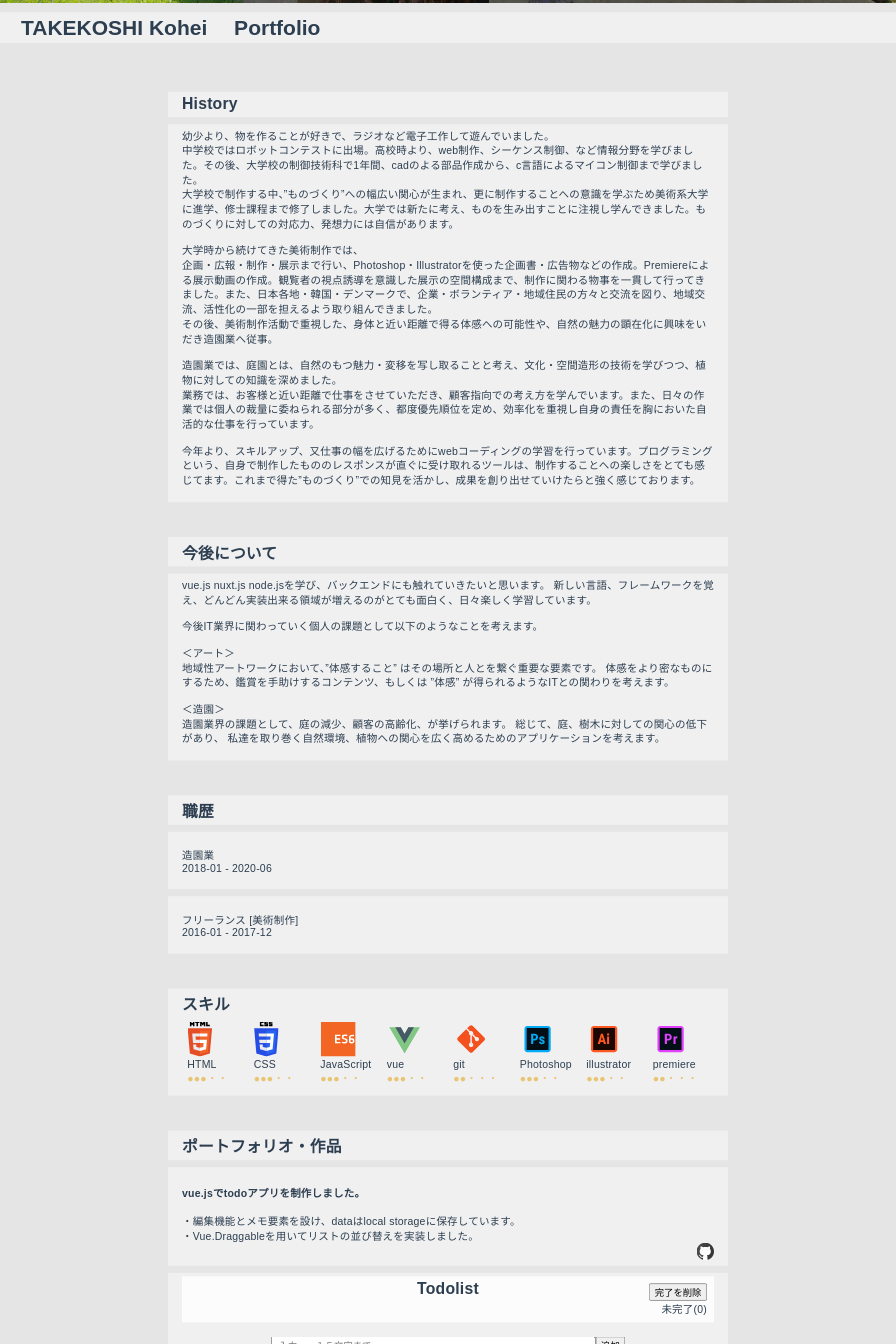
Repository: takeco/my-portfolio
Page: /
These files come from the project's save history. The page is drawn as it stood at one moment and after the next save; the edit follows.
The browser window is 1280 px wide. The pictures show the part of the page from y = 395 to 2315 px (the page is 3848 px tall before and 3827 px after), at 70% of full size.
The project was rebuilt for these pictures with package versions that can differ from the ones it lists, and the page was loaded fresh each time.

Above is the page before, as saved 2020-08-25 16:41:40.

### public/index.html
<!DOCTYPE html>
<html lang="jp">
  <head>
    <meta charset="utf-8" />
    <meta http-equiv="X-UA-Compatible" content="IE=edge" />
    <meta name="viewport" content="width=device-width,initial-scale=1.0" />
    <meta name="robots" content="noindex" />
    <link rel="icon" href="<%= BASE_URL %>favicon.ico" />
    <title><%= htmlWebpackPlugin.options.title %></title>
  </head>
  <body>
    <noscript>
      <strong
        >We're sorry but <%= htmlWebpackPlugin.options.title %> doesn't work
        properly without JavaScript enabled. Please enable it to
        continue.</strong
      >
    </noscript>
    <div id="app"></div>

    <!-- built files will be auto injected -->
  </body>
  <style></style>
</html>

### src/App.vue
<template>
  <div :class="$style.app">
    <MainContents></MainContents>
  </div>
</template>

<script>
import MainContents from "./components/MainContents";

export default {
  name: "App",
  components: {
    MainContents
  }
};
</script>

<style module>
.app {
  font-family: "游ゴシック体", YuGothic, "游ゴシック Medium", "Yu Gothic Medium",
    "游ゴシック", "Yu Gothic", "メイリオ", sans-serif;
  -webkit-font-smoothing: antialiased;
  -moz-osx-font-smoothing: grayscale;
  color: #2c3e50;
  background-color: #e5e5e5;
}
</style>

### src/components/MainContents.vue
<template>
  <div :class="$style.body">
    <nav>
      <!-- <ul>
        <li>
          <p>home</p>
        </li>
        <li>
          <p>History</p>
        </li>
        <li>
          <p></p>
        </li>
        <li>
          <p></p>
        </li>
        <li>
          <p></p>
        </li>
      </ul>-->
    </nav>
    <div>
      <img src="../../public/img/nirasaki-12.jpg" alt="artWorkPhoto" />
      <h1>
        <span>TAKEKOSHI Kohei</span>
        Portfolio
      </h1>
    </div>
    <section>
      <ul>
        <li>
          <h2>History</h2>
          <p>
            幼少より、物を作ることが好きで、ラジオなど電子工作して遊んでいました。
            <br />中学校ではロボットコンテストに出場。高校時より、web制作、シーケンス制御、など情報分野を学びました。その後、大学校の制御技術科で1年間、cadのよる部品作成から、c言語によるマイコン制御まで学びました。
            <br />大学校で制作する中、”ものづくり”への幅広い関心が生まれ、更に制作することへの意識を学ぶため美術系大学に進学、修士課程まで修了しました。大学では新たに考え、ものを生み出すことに注視し学んできました。ものづくりに対しての対応力、発想力には自信があります。
            <br />
            <br />大学時から続けてきた美術制作では、
            <br />企画・広報・制作・展示まで行い、Photoshop・Illustratorを使った企画書・広告物などの作成。Premiereによる展示動画の作成。観覧者の視点誘導を意識した展示の空間構成まで、制作に関わる物事を一貫して行ってきました。また、日本各地・韓国・デンマークで、企業・ボランティア・地域住民の方々と交流を図り、地域交流、活性化の一部を担えるよう取り組んできました。
            <br />その後、美術制作活動で重視した、身体と近い距離で得る体感への可能性や、自然の魅力の顕在化に興味をいだき造園業へ従事。
            <br />
            <br />造園業では、庭園とは、自然のもつ魅力・変移を写し取ることと考え、文化・空間造形の技術を学びつつ、植物に対しての知識を深めました。
            <br />業務では、お客様と近い距離で仕事をさせていただき、顧客指向での考え方を学んでいます。また、日々の作業では個人の裁量に委ねられる部分が多く、都度優先順位を定め、効率化を重視し自身の責任を胸においた自活的な仕事を行っています。
            <br />
            <br />今年より、スキルアップ、又仕事の幅を広げるためにwebコーディングの学習を行っています。プログラミングという、自身で制作したもののレスポンスが直ぐに受け取れるツールは、制作することへの楽しさをとても感じてます。これまで得た”ものづくり”での知見を活かし、成果を創り出せていけたらと強く感じております。
            <br />
            <br />
          </p>
        </li>

        <li>
          <h2>今後について</h2>
          <p>
            vue.js nuxt.js
            node.jsを学び、バックエンドにも触れていきたいと思います。
            新しい言語、フレームワークを覚え、どんどん実装出来る領域が増えるのがとても面白く、日々楽しく学習しています。
            <br />
            <br />今後IT業界に関わっていく個人の課題として以下のようなことを考えます。
            <br />
            <br />＜アート＞
            <br />地域性アートワークにおいて、”体感すること”
            はその場所と人とを繋ぐ重要な要素です。
            体感をより密なものにするため、鑑賞を手助けするコンテンツ、もしくは
            ”体感” が得られるようなITとの関わりを考えます。
            <br />
            <br />＜造園＞
            <br />造園業界の課題として、庭の減少、顧客の高齢化、が挙げられます。
            総じて、庭、樹木に対しての関心の低下があり、
            私達を取り巻く自然環境、植物への関心を広く高めるためのアプリケーションを考えます。
            <br />
            <br />
          </p>
        </li>
        <li>
          <h2>職歴</h2>
          <p>
            <br />造園業
            <br />2018-01 - 2020-06
            <br />
            <br />
          </p>
          <p>
            <br />フリーランス [美術制作]
            <br />2016-01 - 2017-12
            <br />
            <br />
          </p>
        </li>
        <li>
          <div>
            <h2>スキル</h2>
            <ul>
              <li>
                <img src="../../public/img/html5.svg" alt />
                <p>HTML</p>
                <p>●●●・・</p>
              </li>
              <li>
                <img src="../../public/img/css3.svg" alt />
                <p>CSS</p>
                <p>●●●・・</p>
              </li>
              <li>
                <img src="../../public/img/es6.svg" alt />
                <p>JavaScript</p>
                <p>●●●・・</p>
              </li>
              <li>
                <img src="../../public/img/vue.svg" alt />
                <p>vue</p>
                <p>●●●・・</p>
              </li>
              <li>
                <img src="../../public/img/git.svg" alt />
                <p>git</p>
                <p>●●・・・</p>
              </li>
              <li>
                <img src="../../public/img/Photoshop.svg" alt />
                <p>Photoshop</p>
                <p>●●●・・</p>
              </li>
              <li>
                <img src="../../public/img/illustrator.svg" alt />
                <p>illustrator</p>
                <p>●●●・・</p>
              </li>
              <li>
                <img src="../../public/img/premiere.svg" alt />
                <p>premiere</p>
                <p>●●・・・</p>
              </li>
            </ul>
          </div>
        </li>
        <li>
          <h2>ポートフォリオ・作品</h2>
          <div>
            <h4>vue.jsでtodoアプリを制作しました。</h4>
            <p>
              ・編集機能とメモ要素を設け、dataはlocal
              storageに保存しています。
              <br />・Vue.Draggableを用いてリストの並び替えを実装しました。
            </p>
            <p>
              <a href="https://github.com/takeco/my-portfolio/tree/todolist" target="blank">
                <img src="../../public/img/github.svg" alt />
              </a>
            </p>
          </div>
          <TodoList></TodoList>
          <div>
            <h3>JavaScriptでtodoアプリを制作しました。</h3>
            <p>・ゴミ箱フォルダを実装し、サイドボタンで画面が切り替わるようにしています。</p>
            <ul>
              <li>
                <img src="../../public/img/jstodoapp1.png" alt />
              </li>
              <li>
                <img src="../../public/img/jstodoapp2.png" alt />
              </li>
            </ul>
            <p>
              <a href="https://takeco.github.io/js-todoApplication/" target="blank">サイトリンク</a>
              <a href="https://github.com/takeco/js-todoApplication" target="blank">
                <img src="../../public/img/github.svg" alt />
              </a>
            </p>
          </div>
          <div>
            <h3>サイト模写</h3>
            <p>html css を用いてWordPressデモサイトの模写を行いました。</p>
            <ul>
              <li>
                <img src="../../public/img/trace1.jpg" alt />
              </li>
              <li>
                <img src="../../public/img/trace2.jpg" alt />
              </li>
            </ul>
            <p>
              <a href="https://takeco.github.io/trace-site/" target="blank">トレース元</a>
              <a href="https://github.com/takeco/trace-site" target="blank">
                <img src="../../public/img/github.svg" alt />
              </a>
            </p>
          </div>
          <div>
            <h3>art work</h3>
            <ul>
              <li>
                <a href="https://takecocc.work/work/ube/" target="blank">
                  <img src="../../public/img/tree_of_ube_1_Copyright_Nobuo_Shimose.jpg" alt />
                  <p>宇部の木 tree of ube</p>
                </a>
                <p>in UBE Biennale</p>
              </li>
              <li>
                <a href="https://takecocc.work/work/shodoshima/" target="blank">
                  <img src="../../public/img/tree_of_shodosima_Copyright_Chukyo_Ozawa_-7.jpg" alt />
                  <p>小豆島の木 tree of shodosima</p>
                </a>
                <p>in Setouchi Triennale</p>
              </li>
              <li>
                <a href="https://takecocc.work/work/odense/" target="blank">
                  <img src="../../public/img/odense_tree-17.jpg" alt />
                  <p>Odense tree Underground sea</p>
                </a>
                <p>in Gæsteatelier Hollufgård</p>
              </li>
              <li>
                <a href="https://takecocc.work/work/nirasaki/ " target="blank">
                  <img src="../../public/img/nirasaki-12.jpg" alt />
                  <p>韮崎の木 Tree of Nirasaki</p>
                </a>
              </li>
            </ul>
            <p>
              <br />art workのportfoliosite
              <a
                href="https://takecocc.work/"
                target="blank"
              >https://takecocc.work/</a>
            </p>
          </div>
        </li>
      </ul>
    </section>
  </div>
</template>

<script>
import TodoList from "./TodoList";

export default {
  name: "App",
  components: {
    TodoList,
  },
};
</script>

<style module>
body,
ul,
li,
p,
span,
div,
h1,
h2,
h3 {
  padding: 0;
  margin: 0;
}
.body {
  width: 100%;
  font-size: 15px;
}
.body a {
  color: #000;
}
.body > div > img {
  width: 100%;
  height: 400px;
  object-fit: cover;
}
.body > div > h1 > span {
  padding: 0 30px 0 10px;
}

.body > section > ul {
  max-width: 800px;
  margin: 0 auto;
  list-style: none;
  word-wrap: break-word;
  padding: 10px;
}
.body > section > ul > li {
  letter-spacing: 0.02em;
  margin: 50px auto;
}
.body > section > ul > li > h2,
.body > section > ul > li > p,
.body > section > ul > li > ul,
.body > section > ul > li > div,
.body > div > h1 {
  background-color: #f0f0f0;
  padding: 5px 20px;
  margin: 10px 0;
}
.body > section > ul > li > div > ul {
  display: flex;
  flex-flow: row wrap;
  justify-content: space-around;
  align-items: flex-start;
  list-style: none;
  margin: 10px 0;
}
.body > section > ul > li:nth-of-type(4) > div > ul > li > p {
  width: 80px;
}
.body > section > ul > li:nth-of-type(4) > div > ul > li > p:nth-of-type(2) {
  color: #e8c473;
}
.body > section > ul > li:nth-of-type(4) > div > ul > li > img {
  height: 50px;
}
.body > section > ul > li > div > p > a {
  padding-left: 20px;
}
.body > section > ul > li:nth-of-type(5) > div > ul > li > img {
  width: 320px;
  height: 230px;
  margin: 10px 5px 20px 0;
}
.body > section > ul > li:nth-of-type(5) > div:last-child > ul > li > a > img {
  width: 300px;
  height: 200px;
  margin: 10px 0;
}
.body > section > ul > li:nth-of-type(5) > div:last-child > ul > li p {
  color: #797979;
  font-size: 12px;
}
.body > section > ul > li:nth-of-type(5) > div > p:last-child {
  color: #797979;
  font-size: 12px;
  text-align: right;
}
</style>

### src/components/TodoList.vue
<template>
  <div :class="$style.body">
    <header>
      <h1>Todolist</h1>
      <nav>
        <button @click="purge">完了を削除</button>
        <p>未完了({{ remaining.length }})</p>
      </nav>
    </header>
    <form @submit.prevent="addTodo">
      <input
        v-model="newTodo"
        type="text"
        placeholder="  入力       １５文字まで"
        maxlength="20"
      />
      <input type="submit" value="追加" />
    </form>
    <section>
      <draggable element="ul" v-if="todos.length">
        <li v-for="(todo, index) in todos" :key="todo.title">
          <input type="checkbox" v-model="todo.isDone" />

          <span :class="{[$style.done]: todo.isDone}">{{ todo.title }}</span>

          <img
            @click="deleteTodo(index)"
            src="../../public/img/dustBox.svg"
            :class="$style.dustBoxImg"
          />
          <form @submit.prevent>
            <input v-show="todo.editor" type="text" v-model="todo.title" />
            <button @click="todo.editor = !todo.editor">
              <span v-show="!todo.editor">編集</span>
              <span v-show="todo.editor">完了</span>
            </button>
          </form>
          <p>memo</p>
          <textarea
            type="text"
            placeholder="メモ"
            v-model="todo.memo"
          ></textarea>
        </li>
      </draggable>
      <ul v-else>
        <li>
          <span>買うものを入力</span>
        </li>
      </ul>
    </section>
  </div>
</template>

<script>
import draggable from "vuedraggable";

export default {
  data() {
    return {
      newTodo: "",
      memo: "",
      todos: [],
    };
  },
  watch: {
    todos: {
      handler() {
        localStorage.setItem("todos", JSON.stringify(this.todos));
      },
      deep: true,
    },
  },
  mounted() {
    this.todos = JSON.parse(localStorage.getItem("todos")) || [];
  },
  methods: {
    addTodo() {
      let item = {
        title: this.newTodo,
        isDone: false,
        editor: false,
        memo: this.memo,
      };
      this.todos.push(item);
      this.newTodo = "";
    },
    deleteTodo(index) {
      this.todos.splice(index, 1);
    },
    purge() {
      if (confirm("完了したものを削除します")) {
        this.todos = this.remaining;
      }
    },
  },
  computed: {
    remaining() {
      return this.todos.filter(function(todo) {
        return !todo.isDone;
      });
    },
  },
  components: {
    draggable,
  },
};
</script>

<style module>
/* width 400px未満 */

.body {
  margin: 0;
  display: flex;
  flex-flow: column nowrap;
  justify-content: center;
  padding: 20px;
}
.body > header {
  background-color: rgba(255, 255, 255, 0.8);
}
.body > header > h1 {
  text-align: center;
  padding: 5px 0 35px 0;
}
.body > header > nav {
  text-align: right;
}
.body > form {
  text-align: center;
  padding: 20px 0;
}
.body > form > input:first-of-type {
  width: 60%;
  height: 20px;
}
.body > section {
  background-color: rgba(255, 255, 255, 0.8);
}

.dustBoxImg {
  width: 20px;
  margin: 0 auto;
  cursor: pointer;
}
.body > section > ul {
  list-style: none;
  max-width: 600px;
  word-wrap: break-word;
  width: 80%;
  margin: 0 auto;
}
.body > section > ul > li {
  border-bottom: solid 1px #bbb;
  padding: 10px 0;
  display: grid;
  grid-template:
    "checkbox todoName dustBox" 30px
    "edit     edit     edit   " 30px
    "    .    memo        .   " auto
    / 50px 1fr 50px;
}
.body > section > ul > li > input:first-of-type {
  grid-area: checkbox;
  height: 40px;
}
.body > section > ul > li > span:first-of-type {
  padding-left: 5px;
  grid-area: todoName;
  word-wrap: anywhere;
  font-weight: 600;
}
.body > section > ul > li > img:first-of-type {
  grid-area: dustBox;
}
.body > section > ul > li > form {
  grid-area: edit;
  text-align: right;
}
.body > section > ul > li > textarea {
  grid-area: memo;
  overflow-wrap: anywhere;
}
.body > section > ul > li > form > input {
  line-height: 20px;
}

.body > section > ul > li > span.done {
  text-decoration: line-through;
  color: #bbb;
}

/* width 800px未満 */
@media (min-width: 400px) {
  .body > header {
    position: relative;
    background-color: rgba(255, 255, 255, 0.8);
  }
  .body > header > nav {
    position: absolute;
    text-align: right;
    right: 10px;
    top: 10px;
  }
}

/* width 850px以上 */
@media (min-width: 850px) {
  .body {
    width: 760px;
    margin: 0 auto;
  }
}
</style>

Loaded but not shown: src/main.js (common file)

After the next save:
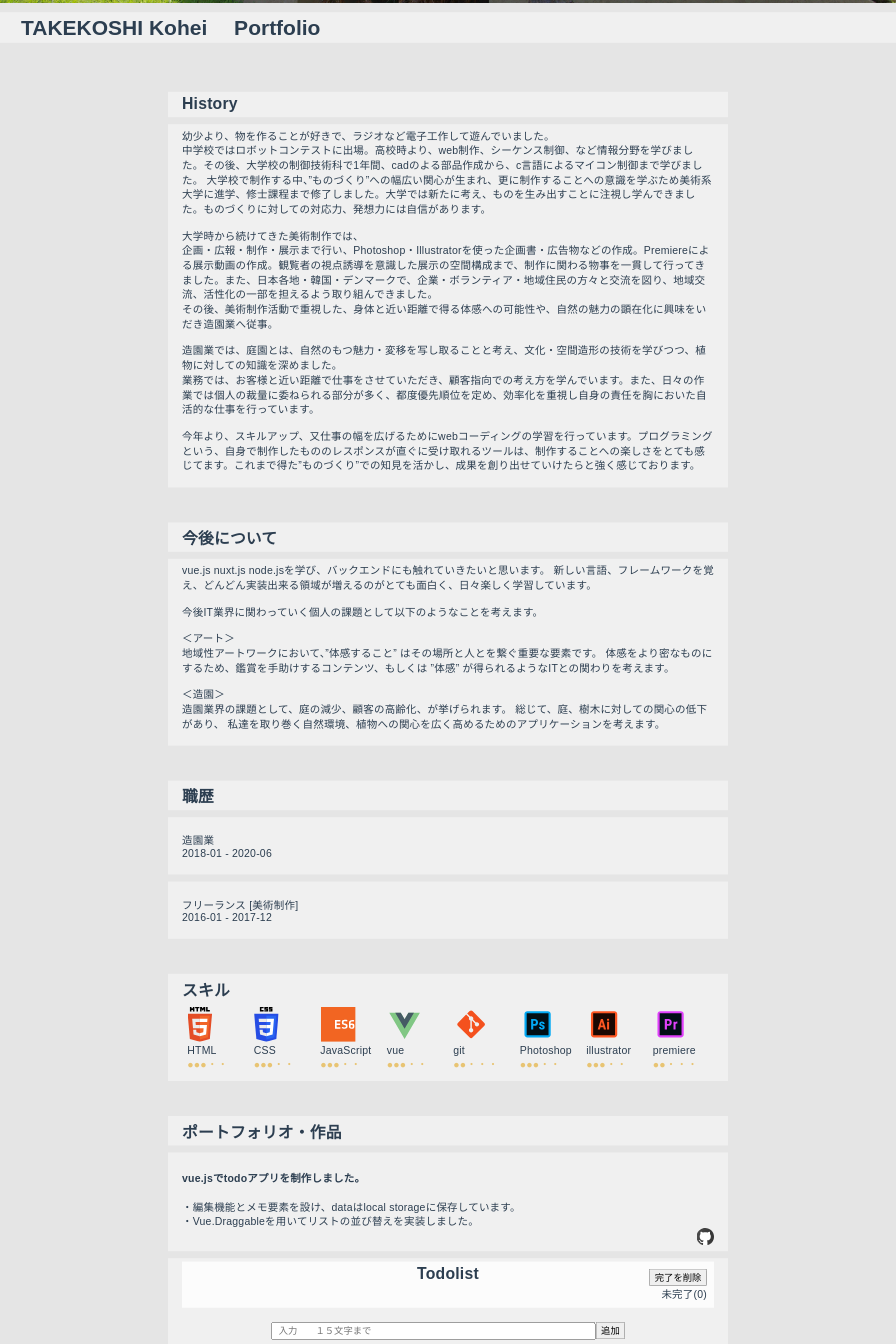
Saved 29 s later.
--- a/src/components/MainContents.vue
+++ b/src/components/MainContents.vue
@@ -33,7 +33,7 @@
           <p>
             幼少より、物を作ることが好きで、ラジオなど電子工作して遊んでいました。
             <br />中学校ではロボットコンテストに出場。高校時より、web制作、シーケンス制御、など情報分野を学びました。その後、大学校の制御技術科で1年間、cadのよる部品作成から、c言語によるマイコン制御まで学びました。
-            <br />大学校で制作する中、”ものづくり”への幅広い関心が生まれ、更に制作することへの意識を学ぶため美術系大学に進学、修士課程まで修了しました。大学では新たに考え、ものを生み出すことに注視し学んできました。ものづくりに対しての対応力、発想力には自信があります。
+            大学校で制作する中、”ものづくり”への幅広い関心が生まれ、更に制作することへの意識を学ぶため美術系大学に進学、修士課程まで修了しました。大学では新たに考え、ものを生み出すことに注視し学んできました。ものづくりに対しての対応力、発想力には自信があります。
             <br />
             <br />大学時から続けてきた美術制作では、
             <br />企画・広報・制作・展示まで行い、Photoshop・Illustratorを使った企画書・広告物などの作成。Premiereによる展示動画の作成。観覧者の視点誘導を意識した展示の空間構成まで、制作に関わる物事を一貫して行ってきました。また、日本各地・韓国・デンマークで、企業・ボランティア・地域住民の方々と交流を図り、地域交流、活性化の一部を担えるよう取り組んできました。

After the save that followed:
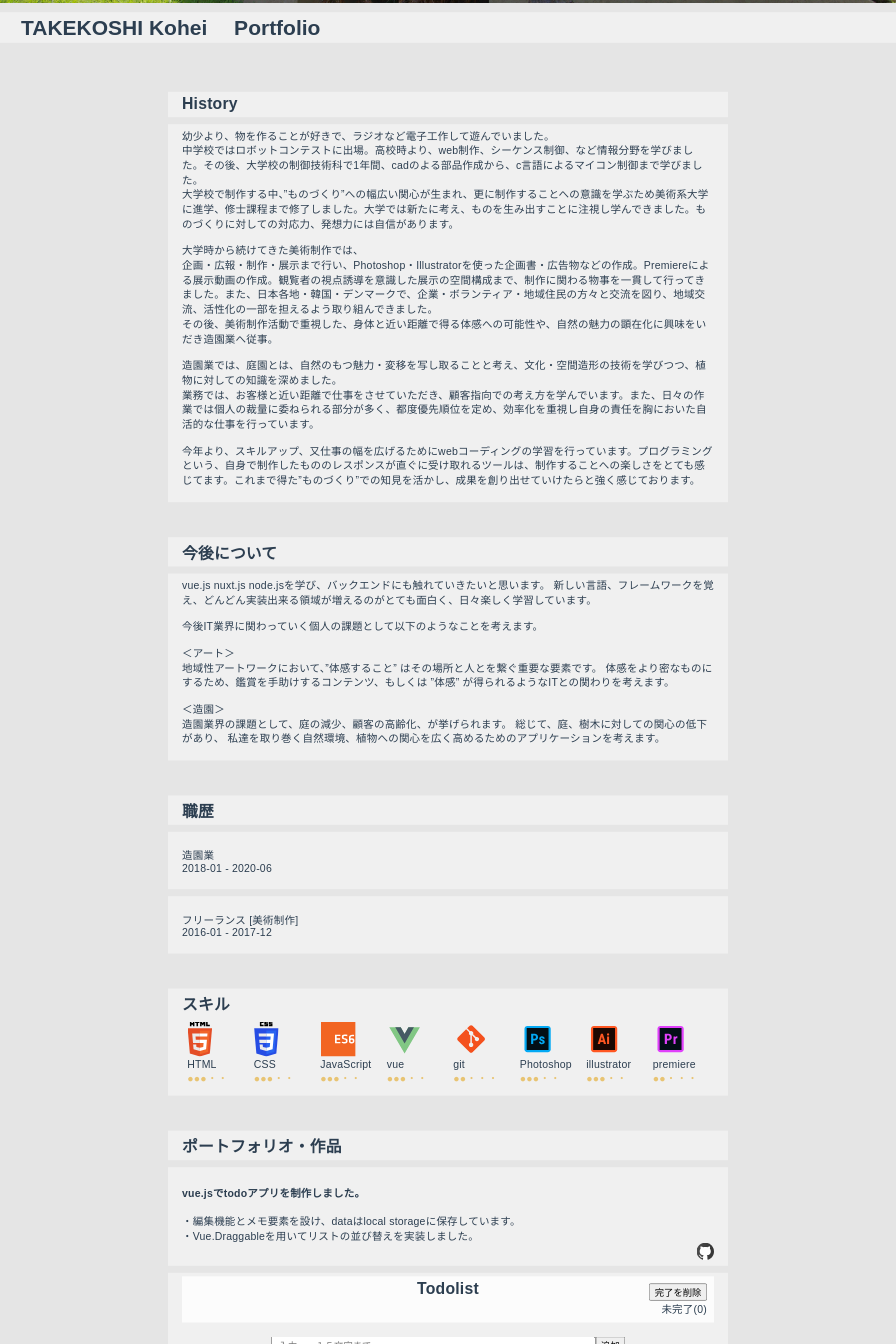
Saved 18 s later.
--- a/src/components/MainContents.vue
+++ b/src/components/MainContents.vue
@@ -33,7 +33,7 @@
           <p>
             幼少より、物を作ることが好きで、ラジオなど電子工作して遊んでいました。
             <br />中学校ではロボットコンテストに出場。高校時より、web制作、シーケンス制御、など情報分野を学びました。その後、大学校の制御技術科で1年間、cadのよる部品作成から、c言語によるマイコン制御まで学びました。
-            大学校で制作する中、”ものづくり”への幅広い関心が生まれ、更に制作することへの意識を学ぶため美術系大学に進学、修士課程まで修了しました。大学では新たに考え、ものを生み出すことに注視し学んできました。ものづくりに対しての対応力、発想力には自信があります。
+            <br />大学校で制作する中、”ものづくり”への幅広い関心が生まれ、更に制作することへの意識を学ぶため美術系大学に進学、修士課程まで修了しました。大学では新たに考え、ものを生み出すことに注視し学んできました。ものづくりに対しての対応力、発想力には自信があります。
             <br />
             <br />大学時から続けてきた美術制作では、
             <br />企画・広報・制作・展示まで行い、Photoshop・Illustratorを使った企画書・広告物などの作成。Premiereによる展示動画の作成。観覧者の視点誘導を意識した展示の空間構成まで、制作に関わる物事を一貫して行ってきました。また、日本各地・韓国・デンマークで、企業・ボランティア・地域住民の方々と交流を図り、地域交流、活性化の一部を担えるよう取り組んできました。
